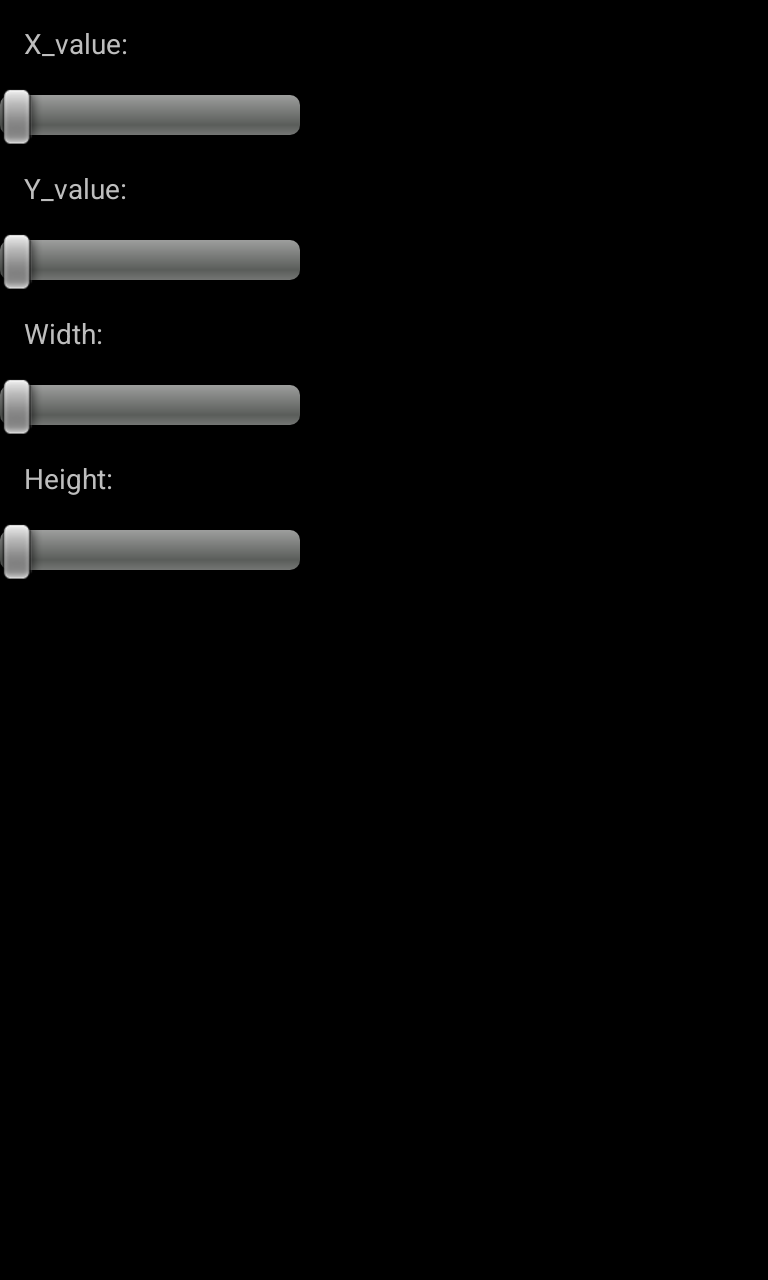
Repository: hzhang15/AndroidForm
Layout: workspace/demo_form_field/res/layout/test.xml
These files come from the project's save history. The layout is drawn as it stood at one moment and after the next save; the edit follows.
It is drawn on a 768 x 1280 px phone screen (xhdpi) without system bars, with theme android:Theme; the app's code is not run.

Above is the layout before, as saved 2014-09-21 05:36:51.

### workspace/demo_form_field/res/layout/test.xml
<?xml version="1.0" encoding="utf-8"?>
<LinearLayout xmlns:android="http://schemas.android.com/apk/res/android"
    android:layout_width="fill_parent"
    android:layout_height="fill_parent"
    android:orientation="vertical"
    >
    <LinearLayout
        android:layout_width="wrap_content"
        android:layout_height="wrap_content"
        android:orientation="horizontal"
        >
    	<TextView
    	    android:layout_width="wrap_content"
            android:layout_height="wrap_content"
    	    android:padding="12dp"
    	    android:text="@string/x_value" />
        <TextView
            android:id="@+id/textview1"
            android:layout_width="wrap_content"
            android:layout_height="wrap_content" />

    </LinearLayout>

    	<SeekBar
        android:id="@+id/seekBar1"
        android:layout_width="150dp"
        android:layout_height="wrap_content"
        android:max="100"/>

   <LinearLayout
        android:layout_width="wrap_content"
        android:layout_height="wrap_content"
        android:orientation="horizontal"
        >
    	<TextView
    	    android:layout_width="wrap_content"
            android:layout_height="wrap_content"
    	    android:padding="12dp"
    	    android:text="@string/y_value" />
        <TextView
            android:id="@+id/textview2"
            android:layout_width="wrap_content"
            android:layout_height="wrap_content" />

    </LinearLayout>

    	<SeekBar
        android:id="@+id/seekBar2"
        android:layout_width="150dp"
        android:layout_height="wrap_content"
        android:max="200"/>

    <LinearLayout
        android:layout_width="wrap_content"
        android:layout_height="wrap_content"
        android:orientation="horizontal"
        >
    	<TextView
    	    android:layout_width="wrap_content"
            android:layout_height="wrap_content"
    	    android:padding="12dp"
    	    android:text="@string/width" />
        <TextView
            android:id="@+id/textview3"
            android:layout_width="wrap_content"
            android:layout_height="wrap_content" />

    </LinearLayout>

    	<SeekBar
        android:id="@+id/seekBar3"
        android:layout_width="150dp"
        android:layout_height="wrap_content"
        android:max="150"/>

    <LinearLayout
        android:layout_width="wrap_content"
        android:layout_height="wrap_content"
        android:orientation="horizontal"
        >
    	<TextView
    	    android:layout_width="wrap_content"
            android:layout_height="wrap_content"
    	    android:padding="12dp"
    	    android:text="@string/height" />
        <TextView
            android:id="@+id/textview4"
            android:layout_width="wrap_content"
            android:layout_height="wrap_content" />

    </LinearLayout>

    	<SeekBar
        android:id="@+id/seekBar4"
        android:layout_width="150dp"
        android:layout_height="wrap_content"
        android:max="175"/>


</LinearLayout>

### workspace/demo_form_field/res/values/strings.xml
<?xml version="1.0" encoding="utf-8"?>
<resources>

    <string name="hello">Hello World, mainActivity!</string>
    <string name="test_name">Test_Page</string>
    <string name="app_name">Demo_form_field</string>
	<string name="hint">Please enter the text!</string>
	<string name="x_value">X_value:</string>
	<string name="y_value">Y_value:</string>
	<string name="width">Width:</string>
	<string name="height">Height:</string>


</resources>

After the next save:
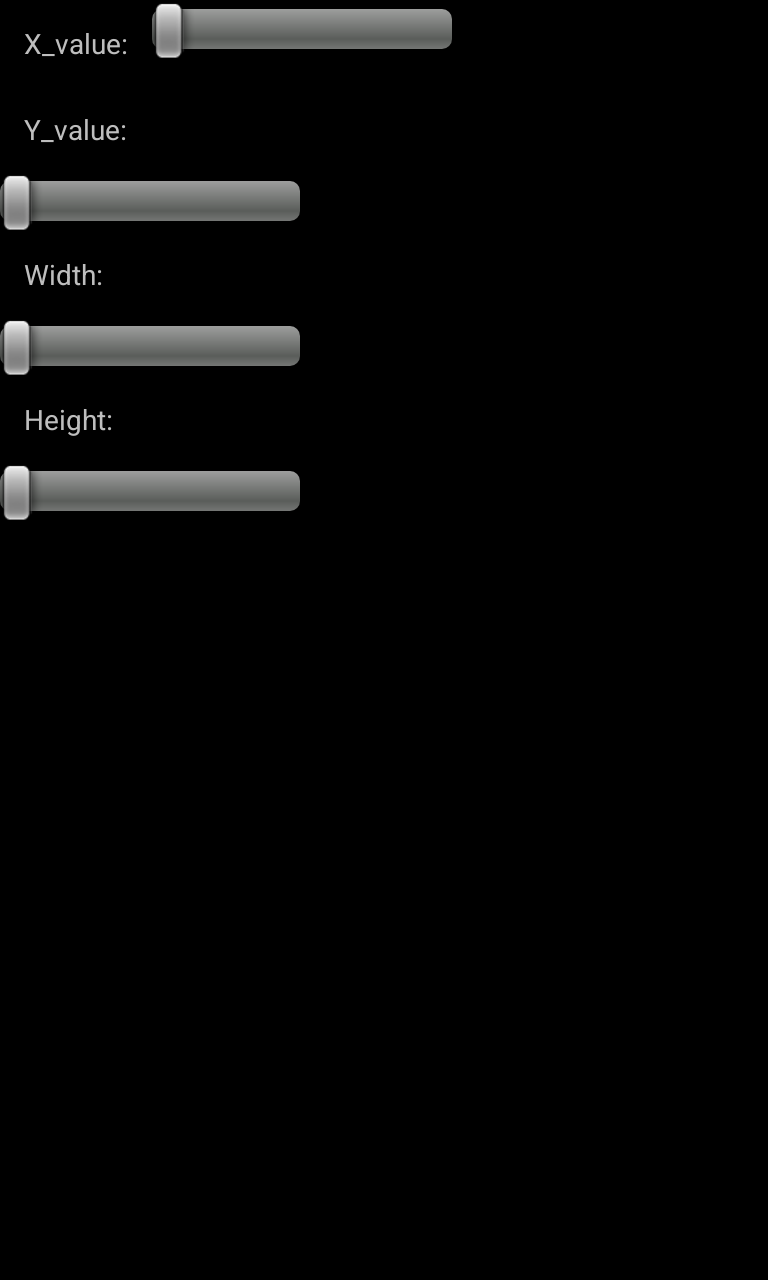
Saved 39 s later.
--- a/workspace/demo_form_field/res/layout/test.xml
+++ b/workspace/demo_form_field/res/layout/test.xml
@@ -18,14 +18,12 @@
             android:id="@+id/textview1"
             android:layout_width="wrap_content"
             android:layout_height="wrap_content" />
-
-    </LinearLayout>
-
-    	<SeekBar
+        <SeekBar
         android:id="@+id/seekBar1"
         android:layout_width="150dp"
         android:layout_height="wrap_content"
         android:max="100"/>
+    </LinearLayout>
 
    <LinearLayout
         android:layout_width="wrap_content"
